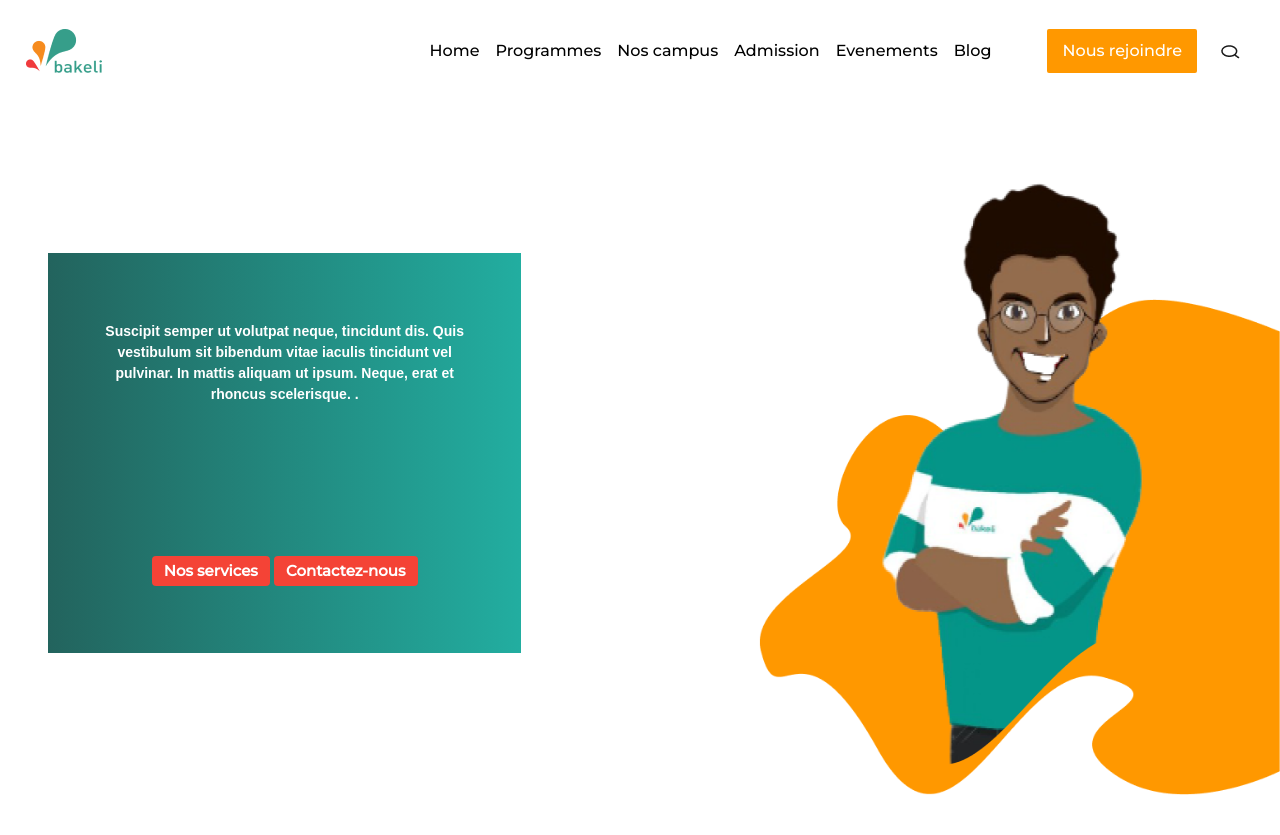
Repository: wadelfadill/tache_6_validation_prototype_bootstrap
Page: index.html
An editor plug-in stored every save of this project. The page is shown before and after the next save, followed by the edit.
The browser window is 1280 px wide. The pictures show the whole page.
Some web libraries are served in a nearby version.

Above is the page before, as saved 2023-04-24 13:05:37.

### index.html
<!DOCTYPE html>
<html lang="en">
<head>
    <meta charset="UTF-8">
    <meta http-equiv="X-UA-Compatible" content="IE=edge">
    <meta name="viewport" content="width=device-width, initial-scale=1.0">
    <!--------titre du site--------->
    <title>Document</title>

    <!-------link vers le site de bootstrap-->
    <link href="https://cdn.jsdelivr.net/npm/bootstrap@5.1.3/dist/css/bootstrap.min.css" rel="stylesheet" integrity="sha384-1BmE4kWBq78iYhFldvKuhfTAU6auU8tT94WrHftjDbrCEXSU1oBoqyl2QvZ6jIW3" crossorigin="anonymous">

    <!--------link vers le fichier css---------->
    <link rel="stylesheet" href="style.css">

    <!---------Google Fonts links------------>
    <link rel="preconnect" href="https://fonts.googleapis.com">
    <link rel="preconnect" href="https://fonts.gstatic.com" crossorigin>
    <link href="https://fonts.googleapis.com/css2?family=Manrope&family=Montserrat:wght@500&family=Poppins:wght@200&family=Roboto&display=swap" rel="stylesheet">
    <!------------ Google Font Awesome ----------->
    <script src="https://kit.fontawesome.com/8f130c8a35.js" crossorigin="anonymous"></script>
</head>
<body>

    <!-- ========== Start Header Section ========== -->
    <header id="header">
        <nav class="navbar navbar-expand-lg">
            <div class="container-fluid p-3">
              <a class="navbar-brand" href="#"><img src="image/logo.png" alt=""></a>
              <button class="navbar-toggler" type="button" data-bs-toggle="collapse" data-bs-target="#navbarNav" aria-controls="navbarNav" aria-expanded="false" aria-label="Toggle navigation">
                <i class="fa-solid fa-bars" style="color: #000000;"></i>
              </button>
              <div class="collapse navbar-collapse mt-4 mt-lg-0" id="navbarNav">
                <ul class="navbar-nav ms-auto">
                  <li class="nav-item">
                    <a class="nav-link active" aria-current="page" href="#">Home</a>
                  </li>
                  <li class="nav-item">
                    <a class="nav-link" href="#">Programmes</a>
                  </li>
                  <li class="nav-item">
                    <a class="nav-link" href="#">Nos campus</a>
                  </li>
                  <li class="nav-item">
                    <a class="nav-link" href="#">Admission</a>
                  </li>
                  <li class="nav-item">
                    <a class="nav-link" href="#">Evenements</a>
                  </li>
                  <li class="nav-item">
                    <a class="nav-link" href="">Blog</a>
                  </li>
                </ul>
                <button class="btn btn-primary ms-lg-5 mt-3 mt-lg-0">Nous rejoindre</button>
                <a href="#" class="me-lg-4 ms-lg-4 ms-1 d-block d-lg-inline mt-3 mt-lg-0"><img src="image/Groupsearch.png" alt=""></a>
              </div>
            </div>
          </nav>
    </header>
    <!-- ========== End Header Section ========== -->
    <!---------------------------------------------------->
    <!-- ========== Start Main Section ========== -->
    <main id="main">
        <!-- ========== Start Home Section ========== -->
        <section id="home">
            <div class="container-fluid pe-0">
                <div class="row align-items-center d-flex flex-column-reverse flex-md-row gy-4 gy-md-0 me-md-0">
                    <div class="col-md-5 ps-md-5">
                        <div class="container space-vert justify-content-between text-center d-flex justify-content-around flex-column">
                            <p>Suscipit semper ut volutpat neque, tincidunt dis.
                                Quis <br> vestibulum sit bibendum vitae iaculis tincidunt
                                 vel <br> pulvinar. In mattis aliquam ut ipsum.
                                 Neque, erat et <br> rhoncus scelerisque. .
                            </p>
                            <div class="d-grid gap-2 d-md-block d-block">
                                <button class="btn btn-primary" type="button">Nos services</button>
                                <button class="btn btn-primary" type="button">Contactez-nous</button>
                            </div>
                        </div>
                    </div>
                    <div class="col-12 col-md-5 offset-md-2 me-md-0 pe-0">
                        <div class="img">
                            <img src="image/Group 27.png" class="img-fluid w-100 h-100 profile"alt="">
                        </div>
                    </div>
                </div>
            </div>
        </section>
        <!-- ========== End Home Section ========== -->

        <!-- ========== Start Formation Section ========== -->
        <section id="formations">

        </section>
        <!-- ========== End Formation Section ========== -->

        <!-- ========== Start Cours Section ========== -->
        <section id="cours">

        </section>
        <!-- ========== End Cours Section ========== -->

        <!-- ========== Start diplomes Section ========== -->
        <section id="diplomes">

        </section>
        <!-- ========== End diplomes Section ========== -->

        <!-- ========== Start coach Section ========== -->
        <section id="coach">

        </section>
        <!-- ========== End coach Section ========== -->

        <!-- ========== Start activites Section ========== -->
        <section id="activites">

        </section>
        <!-- ========== End activites Section ========== -->

        <!-- ========== Start partenaires Section ========== -->
        <section id="partenaires">

        </section>
        <!-- ========== End partenaires Section ========== -->

    </main>
    <!-- ========== End Main Section ========== -->
    <!----------------------------------------------------->
    <!-- ========== Start Footer Section ========== -->
    <footer id="footer">

    </footer>
    <!-- ========== End Footer Section ========== -->
    <!------------------------------------------------------->
    <!----------- bootstrap script ------------->
    <script src="https://cdn.jsdelivr.net/npm/bootstrap@5.1.3/dist/js/bootstrap.bundle.min.js" integrity="sha384-ka7Sk0Gln4gmtz2MlQnikT1wXgYsOg+OMhuP+IlRH9sENBO0LRn5q+8nbTov4+1p" crossorigin="anonymous"></script>
</body>
</html>

### style.css
/* ===== variables css ======= */
:root{
    --bg-white:#FFFFFF;
    --bg-orange:#FF9800;
    --bg-green:#009688;
    --bg-linear-green: linear-gradient(90deg, rgba(13, 66, 61, 0.9) -22.84%, rgba(12, 199, 181, 0.9) 138.88%),linear-gradient(0deg, #E6E6E6, #E6E6E6);
    --bg-second-orange:#F44336;
    --bg-gray:rgba(238, 249, 248, 0.9);

}

/*======== General ============*/
*{
    padding: 0;
    margin: 0;
}
body{
    padding: 0;
    margin: 0;
    background: var(--bg-white);
}

/*============= navbar ================*/
nav{
    font-family: 'Montserrat';
    font-weight: 400;
    color: black;
    background: var(--bg-white);
    padding-left: 10px;
}
nav .navbar-brand img{
    width: 76px;
    height: 43.78px;
}
nav a.nav-link{
    color: black;
    padding-left: 10px;
    padding-right: 10px;
}
nav a.nav-link:hover, nav a.nav-link:focus{
    color: black;
}
nav .btn-primary, nav .btn-primary:hover, nav .btn-primary:focus{
    background: var(--bg-orange);
    color: var(--bg-white);
    border: none;
    box-shadow: none;
}
nav #navbarNav button{
    padding: 10px;
    padding-left: 15px;
    padding-right: 15px;
    border-radius: 2px;
}
nav button i{
    font-size: 40px;
}
nav .navbar-toggler:focus{
    box-shadow: none;
    border: none;
}

/* =========== home section =========== */
#home{
    margin-top: 10px;
    margin-bottom: 40px;
}
.space-vert{
    width: 100%;
    height: 400px;
    background: var(--bg-linear-green);
}
.space-vert p{
    font-family: 'arial';
    font-weight: 700;
    font-size: 14px;
    line-height: 21px;
    color: var(--bg-white);
}
.space-vert .btn-primary, .space-vert .btn-primary:hover, .space-vert .btn-primary:focus{
    font-family: 'Montserrat';
    background: var(--bg-second-orange);
    color: var(--bg-white);
    border: none;
    box-shadow: none;
    font-weight: 700;
    font-size: 15px;
    line-height: 18px;
}
.profile{
    background-image: url("image/Vectors.png");
    background-repeat: no-repeat;
    background-position:right bottom;
    background-size: contain;
    float: end;
}
.img{
    width: 100%;
    height: 682.83px;
}

After the next save:
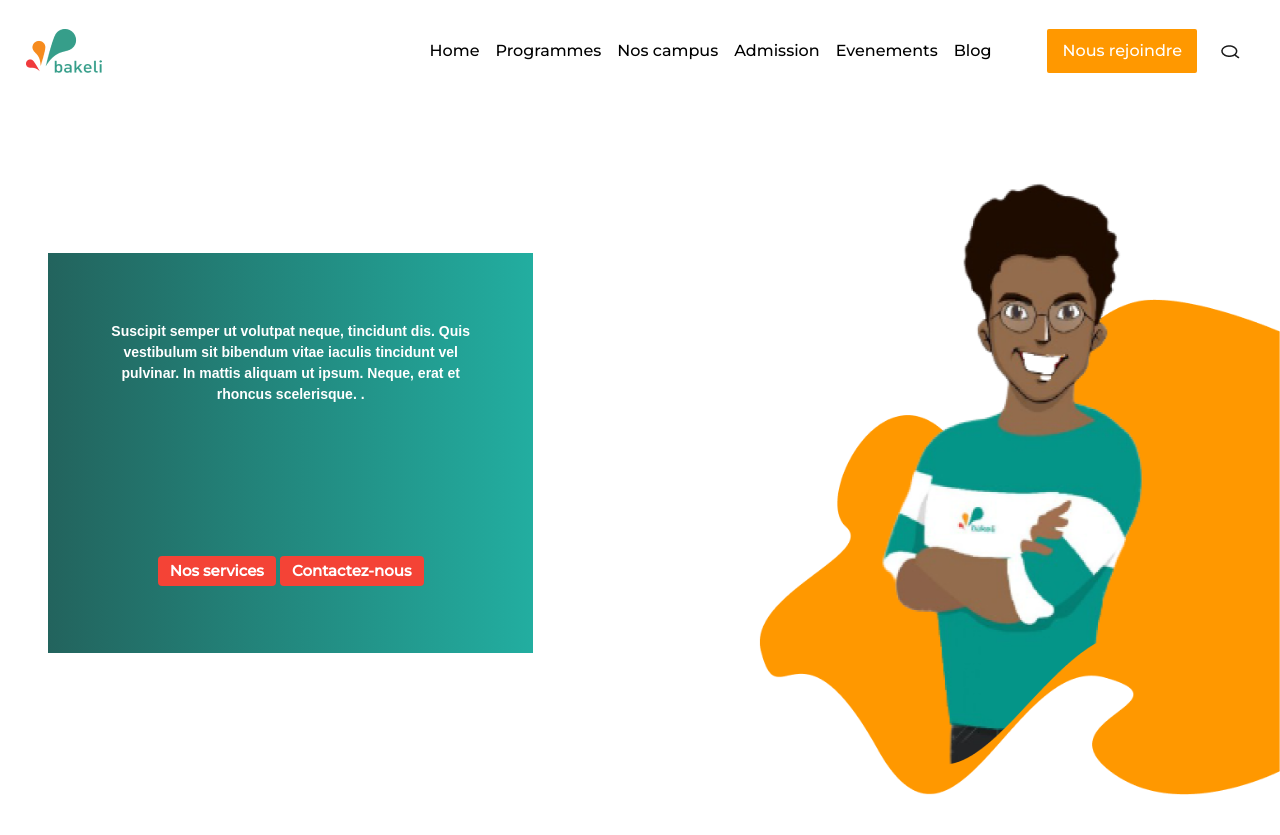
Saved 56 s later.
--- a/index.html
+++ b/index.html
@@ -65,7 +65,7 @@
         <section id="home">
             <div class="container-fluid pe-0">
                 <div class="row align-items-center d-flex flex-column-reverse flex-md-row gy-4 gy-md-0 me-md-0">
-                    <div class="col-md-5 ps-md-5">
+                    <div class="col-md-5 pe-0 ps-md-5">
                         <div class="container space-vert justify-content-between text-center d-flex justify-content-around flex-column">
                             <p>Suscipit semper ut volutpat neque, tincidunt dis.
                                 Quis <br> vestibulum sit bibendum vitae iaculis tincidunt

After the save that followed:
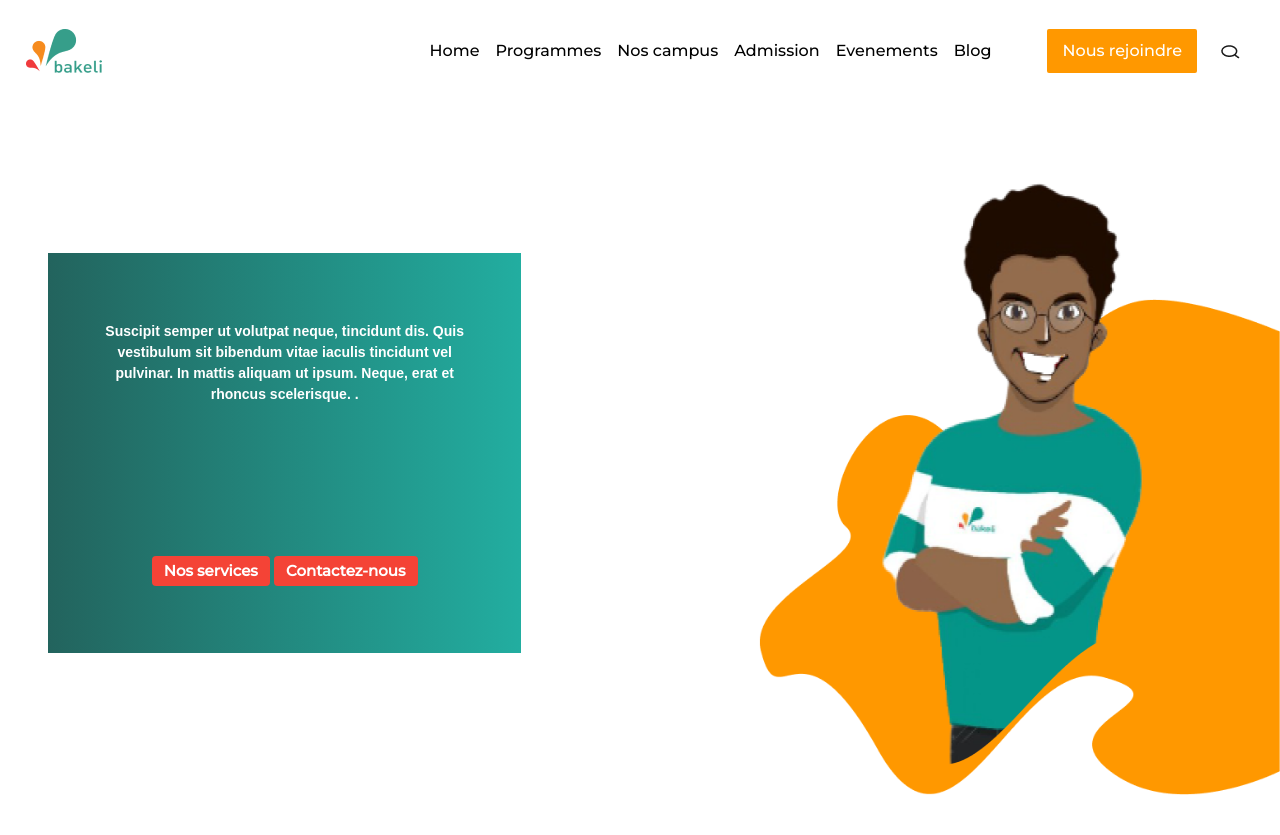
Saved 19 s later.
--- a/index.html
+++ b/index.html
@@ -65,7 +65,7 @@
         <section id="home">
             <div class="container-fluid pe-0">
                 <div class="row align-items-center d-flex flex-column-reverse flex-md-row gy-4 gy-md-0 me-md-0">
-                    <div class="col-md-5 pe-0 ps-md-5">
+                    <div class="col-md-5 ps-0 ps-md-5">
                         <div class="container space-vert justify-content-between text-center d-flex justify-content-around flex-column">
                             <p>Suscipit semper ut volutpat neque, tincidunt dis.
                                 Quis <br> vestibulum sit bibendum vitae iaculis tincidunt
